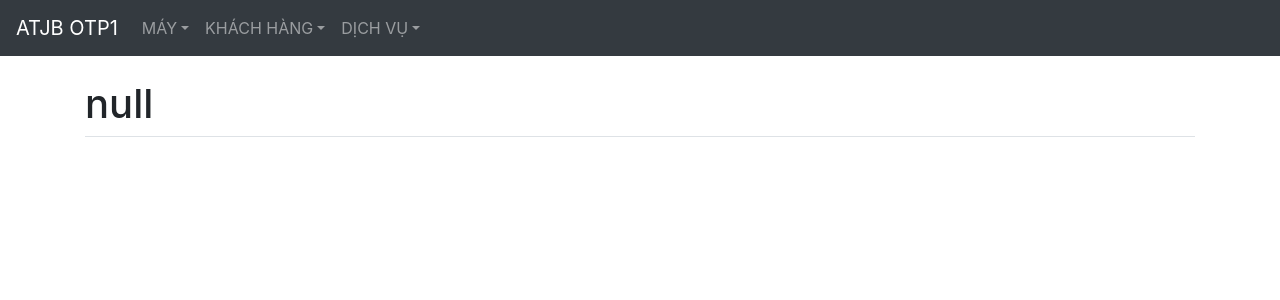
Repository: diepit9x/fpt-academy
Page: http://localhost/ATJB_opt1_Servlet/may/danh-sach
These files come from the project's save history. The page is drawn as it stood at one moment and after the next save; the edit follows.
The browser window is 1280 px wide. The pictures show the whole page.
The page is served by Tomcat 9. Other server files are loaded and not shown.

Above is the page before, as saved 2024-07-27 08:54:19.

### 04. Spring/ATJB_opt1_Servlet/src/main/webapp/pages/may/cap-nhat.jsp
<%@page import="models.ResponseData"%>
<%@ page language="java" contentType="text/html; charset=UTF-8" pageEncoding="UTF-8"%>
<%
	//set title
	request.setAttribute("pageTitle", "Cập nhật máy"); %>
<%
	ResponseData responseData = request.getAttribute("responseData") != null ? ((ResponseData) request.getAttribute("responseData")) : new ResponseData(204, null);
%>

<jsp:include page="../../header.jsp" />
  <%
  if(responseData.getObject() != null){
%>
        <h1 class="pb-2 border-bottom">Cập nhật máy </h1>
        <form action="<%=request.getContextPath()%>/may/cap-nhat" method="POST" id="tao-may-moi">
          <%
          	if(responseData.getStatus() == 400){
          %>
          <div class="row">
            <div class="col-md-2"></div>
            <div class="col-md-10">
              <span class="text-danger"><%=responseData.getObject()%></span>
            </div>
          </div>
          <% }
          	if(responseData.getStatus() == 200){
          %>
          <div class="row">
            <div class="col-md-2"></div>
            <div class="col-md-10">
              <span class="text-success"> Cập nhật thành công</span>
            </div>
          </div>
          <% } %>
          <input type="hidden" name="action" value="create" />
          <div class="form-group row pt-md-3">
            <label for="viTri" class="col-md-2 col-form-label">Vị trí</label>
            <div class="col-md-10">
              <input type="text" class="form-control" id="viTri" name="viTri" placeholder="Vị trí" />
            </div>
          </div>
          <div class="form-group row pt-md-3">
            <label for="trangThai" class="col-md-2 col-form-label">Trạng thái</label>
            <div class="col-md-10">
              <select class="form-control" name="trangThai" id="trangThai">
                <option value="1">Rảnh</option>
                <option value="2">Bận</option>
                <option value="3">Dùng bình thường</option>
                <option value="4">Đang sửa chữa</option>
              </select>
            </div>
          </div>
          <div class="form-group row">
            <div class="col-md-2"></div>
            <div class="col-md-10">
              <button type="submit" class="btn btn-outline-dark">Tạo</button>
            </div>
          </div>
        </form>
<% } else { %>
<h1 class="pb-2 border-bottom"><%=responseData.getObject()%></h1>
<% } %>
<jsp:include page="../../footer.jsp" />

### 04. Spring/ATJB_opt1_Servlet/src/main/webapp/header.jsp
<%@ page language="java" contentType="text/html; charset=UTF-8" pageEncoding="UTF-8"%>
<%
	// Lấy giá trị của thuộc tính "pageTitle", nếu không có thì gán giá trị mặc định
	String pageTitle = request.getAttribute("pageTitle") == null ? "Default Title": (String) request.getAttribute("pageTitle");
    %>
<!DOCTYPE html>
<html lang="en">
  <head>
    <meta charset="UTF-8" />
    <meta name="viewport" content="width=device-width, initial-scale=1.0" />
    <title><%=pageTitle %></title>
    <link rel="stylesheet" href="<%=request.getContextPath()%>/assets/bootstrap/css/bootstrap.min.css" />
    <link rel="stylesheet" href="<%=request.getContextPath()%>/assets/css/style.css" />
    <link rel="stylesheet" href="<%=request.getContextPath()%>/assets/font-awesome/css/font-awesome.min.css" />
    <script src="<%=request.getContextPath()%>/assets/jquery/jquery-3.7.1.min.js"></script>
  </head>
  <body>
    <header>
      <div class="container-fluid">
        <div class="flex-row">
          <div class="header bg-dark">
            <nav class="navbar navbar-expand-md navbar-dark bg-dark">
              <a class="navbar-brand" href="#">ATJB OTP1</a>
              <button class="navbar-toggler" type="button" data-toggle="collapse" data-target="#navbarNavDropdown" aria-controls="navbarNavDropdown" aria-expanded="false" aria-label="Toggle navigation">
                <span class="navbar-toggler-icon"></span>
              </button>
              <div class="collapse navbar-collapse" id="navbarNavDropdown">
                <ul class="navbar-nav">
                  <li class="nav-item dropdown">
                    <a class="nav-link dropdown-toggle" href="#" role="button" data-toggle="dropdown" aria-expanded="false"> máy</a>
                    <div class="dropdown-menu bg-dark">
                      <a class="dropdown-item" href="<%=request.getContextPath()%>/may/tao-moi">Tạo mới máy</a>
                      <a class="dropdown-item" href="<%=request.getContextPath()%>/may/danh-sach">Danh sách máy</a>
                      <a class="dropdown-item" href="<%=request.getContextPath()%>/may/dang-ki-su-dung">Đăng kí sử dụng máy</a>
                    </div>
                  </li>
                  <li class="nav-item dropdown">
                    <a class="nav-link dropdown-toggle" href="#" role="button" data-toggle="dropdown" aria-expanded="false"> khách hàng</a>
                    <div class="dropdown-menu bg-dark">
                      <a class="dropdown-item" href="<%=request.getContextPath()%>/pages/khach-hang/tao-moi.jsp">Tạo mới khách hàng</a>
                      <a class="dropdown-item" href="<%=request.getContextPath()%>/pages/khach-hang/danh-sach.jsp">Danh sách khách hàng</a>
                      <a class="dropdown-item" href="<%=request.getContextPath()%>/pages/khach-hang/danh-sach-su-dung-dich-vu.jsp">Danh sách sử dụng dịch vụ</a>
                    </div>
                  </li>
                  <li class="nav-item dropdown">
                    <a class="nav-link dropdown-toggle" href="#" role="button" data-toggle="dropdown" aria-expanded="false"> dịch vụ</a>
                    <div class="dropdown-menu bg-dark">
                      <a class="dropdown-item" href="<%=request.getContextPath()%>/pages/dich-vu/tao-moi.jsp">Tạo mới dịch vụ</a>
                      <a class="dropdown-item" href="<%=request.getContextPath()%>/pages/dich-vu/danh-sach.jsp">Danh sách dịch vụ</a>
                      <a class="dropdown-item" href="<%=request.getContextPath()%>/pages/dich-vu/dang-ki-su-dung.jsp">Đăng kí sử dụng dịch vụ</a>
                    </div>
                  </li>
                </ul>
              </div>
            </nav>
          </div>
        </div>
      </div>
    </header>
    <section class="section-content">
  <div class="container pt-4">
    <div class="flex-row">
      <div class="content">

### 04. Spring/ATJB_opt1_Servlet/src/main/webapp/footer.jsp
<%@ page language="java" contentType="text/html; charset=UTF-8" pageEncoding="UTF-8"%>
      </div>
    </div>
  </div>
</section>
<script src="<%=request.getContextPath()%>/assets/bootstrap/js/bootstrap.min.js"></script>
<script src="<%=request.getContextPath()%>/assets/js/script.js"></script>
<script src="<%=request.getContextPath()%>/assets/js/common.js"></script>
<script src="<%=request.getContextPath()%>/assets/js/validator.js"></script>
</body>
</html>

### 04. Spring/ATJB_opt1_Servlet/src/main/java/controllers/MayController.java
package controllers;

import java.io.IOException;
import java.util.List;

import javax.servlet.RequestDispatcher;
import javax.servlet.ServletException;
import javax.servlet.annotation.WebServlet;
import javax.servlet.http.HttpServlet;
import javax.servlet.http.HttpServletRequest;
import javax.servlet.http.HttpServletResponse;

import daos.MayDAO;
import entities.May;
import models.ResponseData;

/**
 * Servlet implementation class MayController
 */
@WebServlet("/may/*")
public class MayController extends HttpServlet {
	private static final long serialVersionUID = 1L;
	private MayDAO mayDAO;

    public MayController() {
        super();
        mayDAO = new MayDAO();
    }


	protected void doGet(HttpServletRequest request, HttpServletResponse response) throws ServletException, IOException {
		String  action = request.getPathInfo();
		if (action != null) {
			action = action.substring(1);
	    }
		switch (action) {
		case "tao-moi": {
			create(request, response);
			break;
		}
		case "danh-sach": {
			update(request, response);
			break;
		}
		case "cap-nhat": {
			getAll(request, response);
			break;
		}
		default:
			//to do
			System.out.println("no action");
		}
	}
	private void update(HttpServletRequest request, HttpServletResponse response) {
		//Status
		ResponseData responseData = new ResponseData(400, null);
		String maMay = request.getParameter("maMay");
		String viTri = request.getParameter("viTri");
	    String trangThai = request.getParameter("trangThai");

	    if(maMay != null) {
	    	try {
				Integer maMayInt = Integer.parseInt(maMay);

				if(viTri !=  null && trangThai != null) {
			    	May updateMay = new May(maMayInt, viTri, trangThai);
			    	try {
			    		boolean status = mayDAO.update(updateMay);
				    	if (status) {
				    		responseData.setStatus(200);
						} else {
							responseData.setObject("Cập nhật thất bại");
						}
					} catch (Exception e) {
						responseData.setObject(e.getMessage());
					}

			    } else {
			    	May may = mayDAO.findById(maMayInt);
			    	if (may != null) {
						responseData.setStatus(204);
						responseData.setObject(may);
					} else {
						responseData.setObject("Mã máy không tồn tại");
					}
			    }
			} catch (Exception e) {
				responseData.setObject(e.getMessage());
			}

	    }

		request.setAttribute("responseData", responseData);
	    String url = "/pages/may/cap-nhat.jsp";

	    try {
		    RequestDispatcher rd = getServletContext().getRequestDispatcher(url);
	        rd.forward(request, response);
	    } catch (ServletException e) {
	        e.printStackTrace();
	    } catch (IOException e) {
	        e.printStackTrace();
	    }
	}


	private void getAll(HttpServletRequest request, HttpServletResponse response) {
		//Status
		ResponseData responseData = new ResponseData(200, null);
		String keyword = request.getParameter("keyword");

		List<May> mays = mayDAO.findAllMay(keyword);
		responseData.setObject(mays);

		request.setAttribute("responseData", responseData);
	    String url = "/pages/may/danh-sach.jsp";

	    try {
		    RequestDispatcher rd = getServletContext().getRequestDispatcher(url);
	        rd.forward(request, response);
	    } catch (ServletException e) {
	        e.printStackTrace();
	    } catch (IOException e) {
	        e.printStackTrace();
	    }
	}


	private void create(HttpServletRequest request, HttpServletResponse response) {
		//url
	    String url = "/pages/may/tao-moi.jsp";
		//Status
		ResponseData responseData = new ResponseData(400, null);
	    // Collect data
	    String viTri = request.getParameter("viTri");
	    String trangThai = request.getParameter("trangThai");
	    if (viTri != null && trangThai != null) {
	    	 May may = new May();
	 	    may.setViTri(viTri);
	 	    may.setTrangThai(trangThai);

	 	    try {
	 			boolean status = mayDAO.insert(may);
	 			if (status) {
	 				responseData.setStatus(200);
	 			} else {
	 				responseData.setObject("Không tạo được dữ liệu mới");
	 			}
	 		} catch (Exception e) {
	 			responseData.setObject(e.getMessage());
	 		}
	 	    request.setAttribute("responseData", responseData);
		}

	    try {
		    RequestDispatcher rd = getServletContext().getRequestDispatcher(url);
	        rd.forward(request, response);
	    } catch (ServletException e) {
	        e.printStackTrace();
	    } catch (IOException e) {
	        e.printStackTrace();
	    }
	}


	protected void doPost(HttpServletRequest request, HttpServletResponse response) throws ServletException, IOException {
		// TODO Auto-generated method stub
		doGet(request, response);
	}

}

### 04. Spring/ATJB_opt1_Servlet/src/main/java/models/ResponseData.java
package models;

public class ResponseData {
	private int status;
	private Object object;
	public ResponseData() {
		super();
	}
	public ResponseData(int status, Object object) {
		super();
		this.status = status;
		this.object = object;
	}
	public int getStatus() {
		return status;
	}
	public void setStatus(int status) {
		this.status = status;
	}
	public Object getObject() {
		return object;
	}
	public void setObject(Object object) {
		this.object = object;
	}
}

### 04. Spring/ATJB_opt1_Servlet/src/main/webapp/assets/css/style.css
.container-fluid {
  padding: 0px;
}
.nav-item a {
  color: rgba(255, 255, 255, 0.5);
}
.nav-link {
  cursor: pointer;
  text-transform: uppercase;
}
.col-form-label {
  font-weight: 600;
}

### 04. Spring/ATJB_opt1_Servlet/src/main/webapp/assets/js/script.js
$(document).ready(function () {
  //$(".content").load("pages/dich-vu/tao-moi.html");

  $(".load-page").click(function (e) {
    e.preventDefault(); // Ngăn chặn hành vi mặc định của thẻ <a>
    var url = $(this).attr("ref"); // Lấy giá trị của thuộc tính ref
    $.ajax({
      type: "GET",
      url: url,
      success: function (html) {
        $(".content").html(html);
      },
      error: function () {
        $(".content").html("<h1>404 NOT FOUND<h1>");
      },
    });
  });
});

### 04. Spring/ATJB_opt1_Servlet/src/main/webapp/assets/js/common.js
// Validate Email
function isEmail(email) {
  const regex = /^[a-zA-Z0-9._%+-]+@[a-zA-Z0-9.-]+\.[a-zA-Z]{2,}$/;
  return regex.test(email);
}
// Validate Phone
function isPhone(phone) {
  var regex = /^(090|091|(\(84\)\+90)|(\(84\)\+91))\d{7}$/;
  return regex.test(phone);
}

function isNotEmpty(text) {
  return text !== "";
}

function isMaKH(maKH) {
  var regex = /^KH\d{5}$/;
  return regex.test(maKH);
}

function isMaDV(maDV) {
  var regex = /^DV\d{3}$/;
  return regex.test(maDV);
}
//Kiểm tra tên: chỉ alphabet đấu cách và số
function isName(name) {
  let regex = /^[a-zA-Z0-9\s]+$/;
  return regex.test(name);
}

//Kiem tra so nguyen
function isInteger(value) {
  const number = Number(value);
  return Number.isInteger(number);
}

### 04. Spring/ATJB_opt1_Servlet/src/main/webapp/assets/js/validator.js
$(document).on("submit", "#tao-moi-dich-vu", function (e) {
  var isValid = true;
  debugger;
  const maDV = $("#maDichVu").val();
  const tenDichVu = $("#tenDichVu").val();
  const donViTinh = $("#donViTinh").val();
  const donGia = $("#donGia").val();
  debugger;
  if (!isMaDV(maDV)) {
    alert("Mã DV: Có format là DVxxx (x: ký tự số)");
    isValid = false;
  }
  if (!isNotEmpty(tenDichVu)) {
    alert("Tên dịch vụ không hợp lệ");
    isValid = false;
  }
  if (!isNotEmpty(donViTinh)) {
    alert("Đơn vị tính không hợp lệ");
    isValid = false;
  }

  if (!isInteger(donGia) || Number(donGia) <= 0) {
    alert("Đơn giá không hợp lệ");
    isValid = false;
  }

  if (!isValid) {
    e.preventDefault();
    return;
  }
});

$(document).on("submit", "#tao-moi-khach-hang", function (e) {
  var isValid = true;
  const maKhachHang = $("#maKhachHang").val();
  const tenKhachHang = $("#tenKhachHang").val();
  const diaChi = $("#diaChi").val();
  const soDienThoai = $("#soDienThoai").val();
  const email = $("#email").val();

  if (!isMaKH(maKhachHang)) {
    alert("Mã KH: Có format là KHxxxxx (x: ký tự số)");
    isValid = false;
  }

  if (!isName(tenKhachHang)) {
    alert("Tên khách hàng không hợp lệ");
    isValid = false;
  }
  if (!isNotEmpty(diaChi)) {
    alert("Địa chỉ không hợp lệ");
    isValid = false;
  }
  if (!isPhone(soDienThoai)) {
    alert("Số điện thoại không hợp lệ");
    isValid = false;
  }
  if (!isEmail(email)) {
    alert("Email không hợp lệ");
    isValid = false;
  }
  if (!isValid) {
    e.preventDefault();
    return;
  }
});
$(document).on("submit", "#tao-may-moi", function (e) {
  var isValid = true;
  const viTri = $("#viTri").val();
  const trangThai = $("#trangThai").val();

  if (!isNotEmpty(viTri)) {
    alert("Vị trí không được để trống");
    isValid = false;
  }

  if (!isNotEmpty(trangThai)) {
    alert("Trạng thái không được để trống");
    isValid = false;
  }

  if (!isValid) {
    e.preventDefault();
    return;
  }
});
$(document).on("submit", "#dang-ki-su-dung-may", function (e) {
  var isValid = true;

  const maKhachHang = $("#maKhachHang").val();
  const maMay = $("#maMay").val();
  const ngayBatDauSuDung = $("#ngayBatDauSuDung").val();
  const gioBatDauSuDung = $("#gioBatDauSuDung").val();

  if (!isMaKH(maKhachHang)) {
    alert("Mã KH: Có format là KHxxxxx (x: ký tự số)");
    isValid = false;
  }
  if (!isNotEmpty(ngayBatDauSuDung)) {
    alert("Ngày bắt đầu sử dụng không hợp lệ");
    isValid = false;
  }
  if (!isNotEmpty(gioBatDauSuDung)) {
    alert("Giờ bắt đầu sử dụng không hợp lệ");
    isValid = false;
  }

  if (!isInteger(maMay) || Number(maMay) <= 0) {
    alert("Mã máy không hợp lệ");
    isValid = false;
  }
  if (!isValid) {
    e.preventDefault();
    return;
  }
});
$(document).on("submit", "#dang-ki-su-dung-dich-vu", function (e) {
  var isValid = true;

  //const
  const maKhachHang = $("#maKhachHang").val();
  const maDichVu = $("#maDichVu").val();
  const ngaySuDung = $("#ngaySuDung").val();
  const gioSuDung = $("#gioSuDung").val();
  const soLuong = $("#soLuong").val();

  if (!isMaKH(maKhachHang)) {
    alert("Mã KH: Có format là KHxxxxx (x: ký tự số)");
    isValid = false;
  }
  if (!isMaDV(maDichVu)) {
    alert("Mã DV: Có format là DVxxx (x: ký tự số)");
    isValid = false;
  }
  if (!isNotEmpty(ngaySuDung)) {
    alert("Ngày sử dụng không hợp lệ");
    isValid = false;
  }
  if (!isNotEmpty(gioSuDung)) {
    alert("Giờ sử dụng không hợp lệ");
    isValid = false;
  }

  if (!isInteger(soLuong) || Number(soLuong) <= 0) {
    alert("Số lượng không hợp lệ");
    isValid = false;
  }
  if (!isValid) {
    e.preventDefault();
    return;
  }
});

Loaded but not shown: 04. Spring/ATJB_opt1_Servlet/src/main/webapp/assets/bootstrap/css/bootstrap.min.css (library); 04. Spring/ATJB_opt1_Servlet/src/main/webapp/assets/font-awesome/css/font-awesome.min.css (library); 04. Spring/ATJB_opt1_Servlet/src/main/webapp/assets/jquery/jquery-3.7.1.min.js (library); 04. Spring/ATJB_opt1_Servlet/src/main/webapp/assets/bootstrap/js/bootstrap.min.js (library)

After the next save:
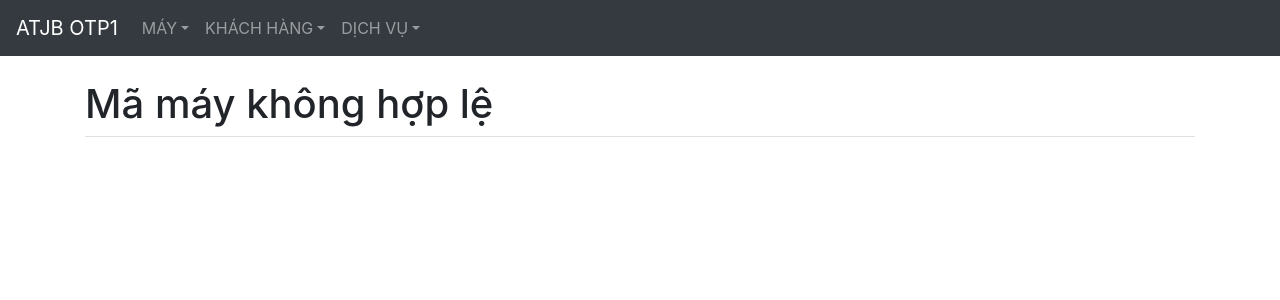
Saved 14 s later.
--- a/04. Spring/ATJB_opt1_Servlet/src/main/webapp/pages/may/cap-nhat.jsp
+++ b/04. Spring/ATJB_opt1_Servlet/src/main/webapp/pages/may/cap-nhat.jsp
@@ -58,6 +58,6 @@
           </div>
         </form>
 <% } else { %>
-<h1 class="pb-2 border-bottom"><%=responseData.getObject()%></h1>
+<h1 class="pb-2 border-bottom">Mã máy không hợp lệ</h1>
 <% } %>
 <jsp:include page="../../footer.jsp" />
